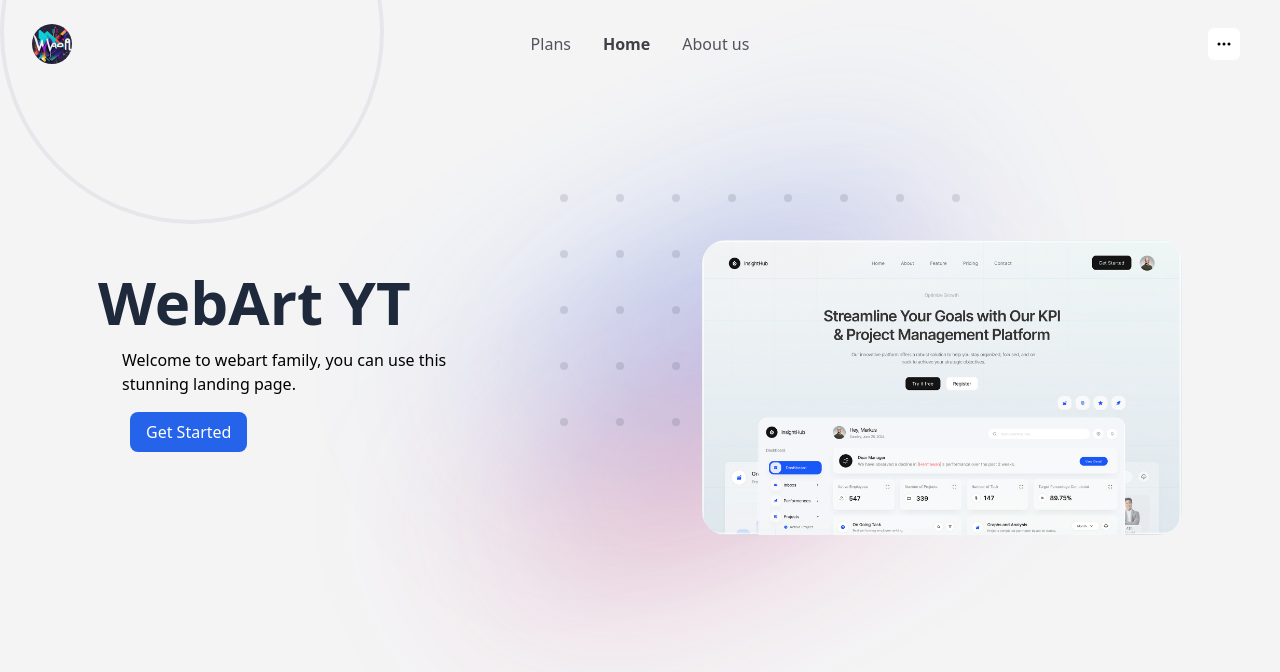
Repository: 30namp/youtube-web-art-code
Page: stunning landing page 1/index.html
The author's editor kept a copy of each file at every save. The page is drawn from the files as they stood at one save, then again after the next save.
The browser window is 1280 px wide. The pictures show the whole page.

Above is the page before, as saved 2024-09-26 21:24:27.

### stunning landing page 1/index.html
<!DOCTYPE html>
<html lang="en">
  <head>
    <meta charset="UTF-8" />
    <meta name="viewport" content="width=device-width, initial-scale=1.0" />
    <title>WebArt Design</title>
    <script src="./tailwindcss.min.js"></script>
  </head>
  <body class="min-h-screen bg-zinc-100">
    <div
      class="absolute right-[25%] top-[60%] h-12 w-[30rem] rounded-[100%] rotate-[-25deg] bg-pink-700 blur-[6rem]"
    ></div>
    <div
      class="absolute right-[25%] top-[40%] h-12 w-[30rem] rounded-[100%] rotate-[-25deg] bg-blue-700 blur-[6rem]"
    ></div>
    <div
      class="grid grid-cols-8 gap-12 absolute right-[25%] top-[27%] animate-pulse"
    >
      <div class="rounded-full bg-slate-700/30 size-2 shadow-lg"></div>
      <div class="rounded-full bg-slate-700/30 size-2 shadow-lg"></div>
      <div class="rounded-full bg-slate-700/30 size-2 shadow-lg"></div>
      <div class="rounded-full bg-slate-700/30 size-2 shadow-lg"></div>
      <div class="rounded-full bg-slate-700/30 size-2 shadow-lg"></div>
      <div class="rounded-full bg-slate-700/30 size-2 shadow-lg"></div>
      <div class="rounded-full bg-slate-700/30 size-2 shadow-lg"></div>
      <div class="rounded-full bg-slate-700/30 size-2 shadow-lg"></div>
      <div class="rounded-full bg-slate-700/30 size-2 shadow-lg"></div>
      <div class="rounded-full bg-slate-700/30 size-2 shadow-lg"></div>
      <div class="rounded-full bg-slate-700/30 size-2 shadow-lg"></div>
      <div class="rounded-full bg-slate-700/30 size-2 shadow-lg"></div>
      <div class="rounded-full bg-slate-700/30 size-2 shadow-lg"></div>
      <div class="rounded-full bg-slate-700/30 size-2 shadow-lg"></div>
      <div class="rounded-full bg-slate-700/30 size-2 shadow-lg"></div>
      <div class="rounded-full bg-slate-700/30 size-2 shadow-lg"></div>
      <div class="rounded-full bg-slate-700/30 size-2 shadow-lg"></div>
      <div class="rounded-full bg-slate-700/30 size-2 shadow-lg"></div>
      <div class="rounded-full bg-slate-700/30 size-2 shadow-lg"></div>
      <div class="rounded-full bg-slate-700/30 size-2 shadow-lg"></div>
      <div class="rounded-full bg-slate-700/30 size-2 shadow-lg"></div>
      <div class="rounded-full bg-slate-700/30 size-2 shadow-lg"></div>
      <div class="rounded-full bg-slate-700/30 size-2 shadow-lg"></div>
      <div class="rounded-full bg-slate-700/30 size-2 shadow-lg"></div>
      <div class="rounded-full bg-slate-700/30 size-2 shadow-lg"></div>
      <div class="rounded-full bg-slate-700/30 size-2 shadow-lg"></div>
      <div class="rounded-full bg-slate-700/30 size-2 shadow-lg"></div>
      <div class="rounded-full bg-slate-700/30 size-2 shadow-lg"></div>
      <div class="rounded-full bg-slate-700/30 size-2 shadow-lg"></div>
      <div class="rounded-full bg-slate-700/30 size-2 shadow-lg"></div>
      <div class="rounded-full bg-slate-700/30 size-2 shadow-lg"></div>
      <div class="rounded-full bg-slate-700/30 size-2 shadow-lg"></div>
      <div class="rounded-full bg-slate-700/30 size-2 shadow-lg"></div>
      <div class="rounded-full bg-slate-700/30 size-2 shadow-lg"></div>
      <div class="rounded-full bg-slate-700/30 size-2 shadow-lg"></div>
      <div class="rounded-full bg-slate-700/30 size-2 shadow-lg"></div>
      <div class="rounded-full bg-slate-700/30 size-2 shadow-lg"></div>
      <div class="rounded-full bg-slate-700/30 size-2 shadow-lg"></div>
      <div class="rounded-full bg-slate-700/30 size-2 shadow-lg"></div>
      <div class="rounded-full bg-slate-700/30 size-2 shadow-lg"></div>
    </div>

    <div class="circle size-96 rounded-full border-4 absolute -top-40"></div>

    <!-- navbar -->
    <nav
      class="z-10 absolute top-0 left-0 right-0 flex justify-center items-center py-8 px-8"
    >
      <a href="/" class="absolute left-0 px-8">
        <img class="size-10 rounded-full" src="./assets/img/logo.jpg" alt="" />
      </a>

      <div class="options flex items-center gap-8">
        <a class="text-zinc-600" href="#">Plans</a>
        <a class="text-zinc-700 font-semibold" href="#">Home</a>
        <a class="text-zinc-600" href="#">About us</a>
      </div>

      <button
        class="absolute p-2 bg-white rounded-md right-0 mx-10 hover:scale-105 active:scale-100 transition"
      >
        <svg
          xmlns="http://www.w3.org/2000/svg"
          width="16"
          height="16"
          fill="currentColor"
          class="bi bi-three-dots"
          viewBox="0 0 16 16"
        >
          <path
            d="M3 9.5a1.5 1.5 0 1 1 0-3 1.5 1.5 0 0 1 0 3m5 0a1.5 1.5 0 1 1 0-3 1.5 1.5 0 0 1 0 3m5 0a1.5 1.5 0 1 1 0-3 1.5 1.5 0 0 1 0 3"
          />
        </svg>
      </button>
    </nav>

    <!-- hero section -->
    <div class="hero-section relative pt-60 flex justify-around items-start">
      <div class="content flex flex-col items-start gap-4 pt-8">
        <h1 class="text-6xl font-bold text-slate-800">WebArt YT</h1>
        <p class="description w-96 ml-6">
          Welcome to webart family, you can use this stunning landing page.
        </p>
        <button
          class="ml-8 px-4 py-2 rounded-lg bg-blue-600 text-white hover:scale-105 active:scale-100 transition"
        >
          Get Started
        </button>
      </div>
      <img class="w-[30rem] rounded-3xl" src="./assets/img/img.png" alt="" />
    </div>
  </body>
</html>

Loaded but not shown: stunning landing page 1/tailwindcss.min.js (library)

After the next save:
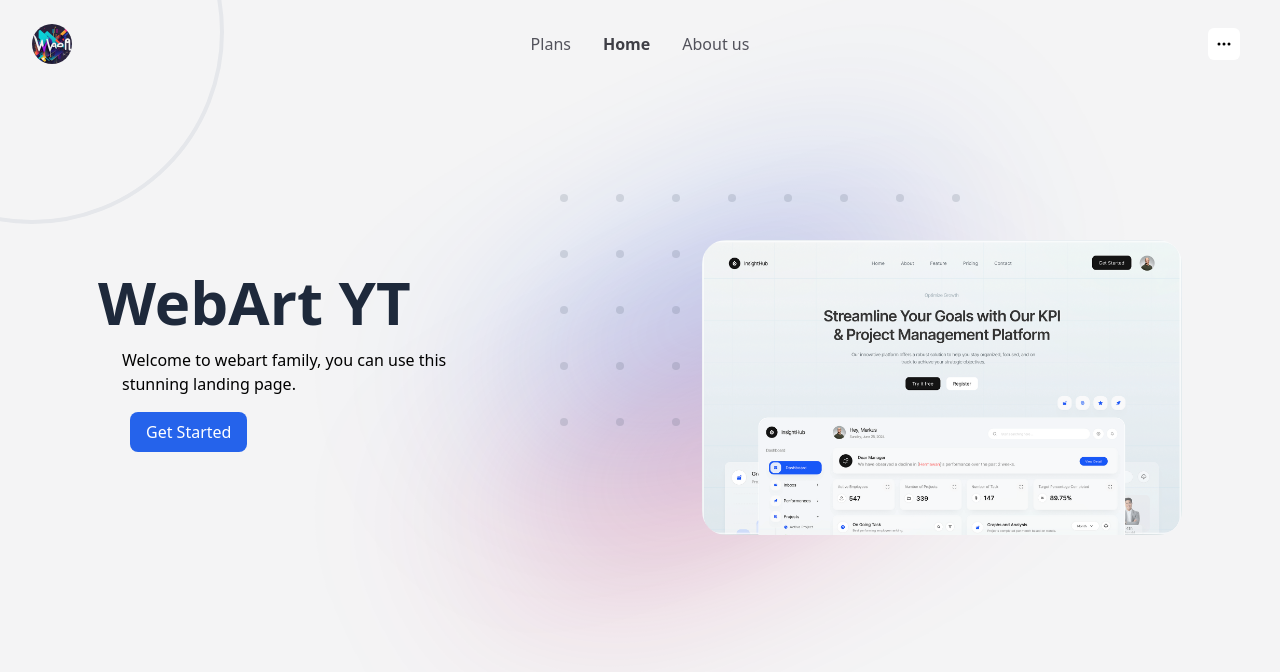
Saved 9 s later.
--- a/stunning landing page 1/index.html
+++ b/stunning landing page 1/index.html
@@ -58,7 +58,9 @@
       <div class="rounded-full bg-slate-700/30 size-2 shadow-lg"></div>
     </div>
 
-    <div class="circle size-96 rounded-full border-4 absolute -top-40"></div>
+    <div
+      class="circle size-96 rounded-full border-4 absolute -top-40 -left-40"
+    ></div>
 
     <!-- navbar -->
     <nav
